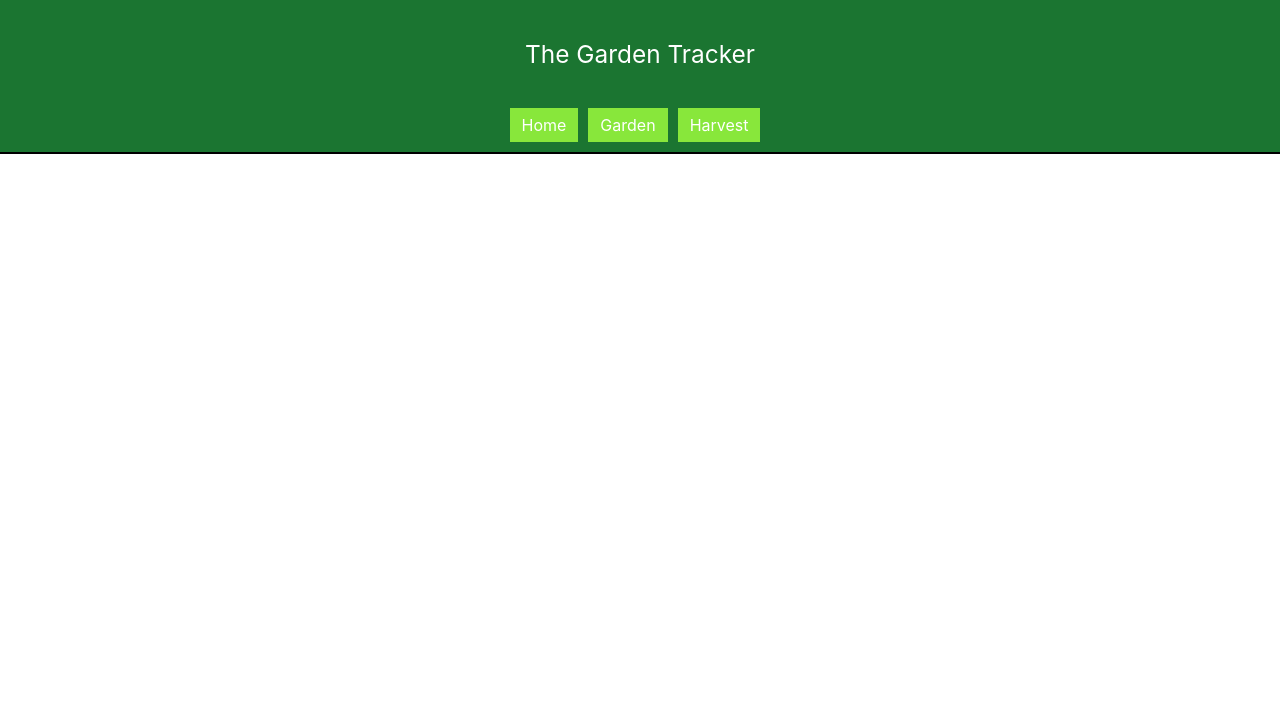
Repository: charliejp0311/ReactReduxFinal
Page: /harvest (app in gardentracker/)
These files come from the project's save history. The page is drawn as it stood at one moment and after the next save; the edit follows.
The browser window is 1280 px wide. The pictures show the whole page.
The page's requests for data from a server got no answer. The project was rebuilt for these pictures with package versions that can differ from the ones it lists, and the page was loaded fresh each time. No one was signed in, and anything a server would have sent is missing. Also part of the build but not shown: gardentracker/src/containers/GardenbookContainer.js, gardentracker/src/components/plantForm.js, gardentracker/src/components/GardenPlant.js, gardentracker/src/components/HarvestPlant.js, gardentracker/src/containers/GardenContainer.js, gardentracker/src/components/UpdatePlantForm.js, gardentracker/src/components/NoteForm.js, gardentracker/src/components/noteList.js and 2 more.

Above is the page before, as saved 2020-11-12 09:40:59.

After the next save:
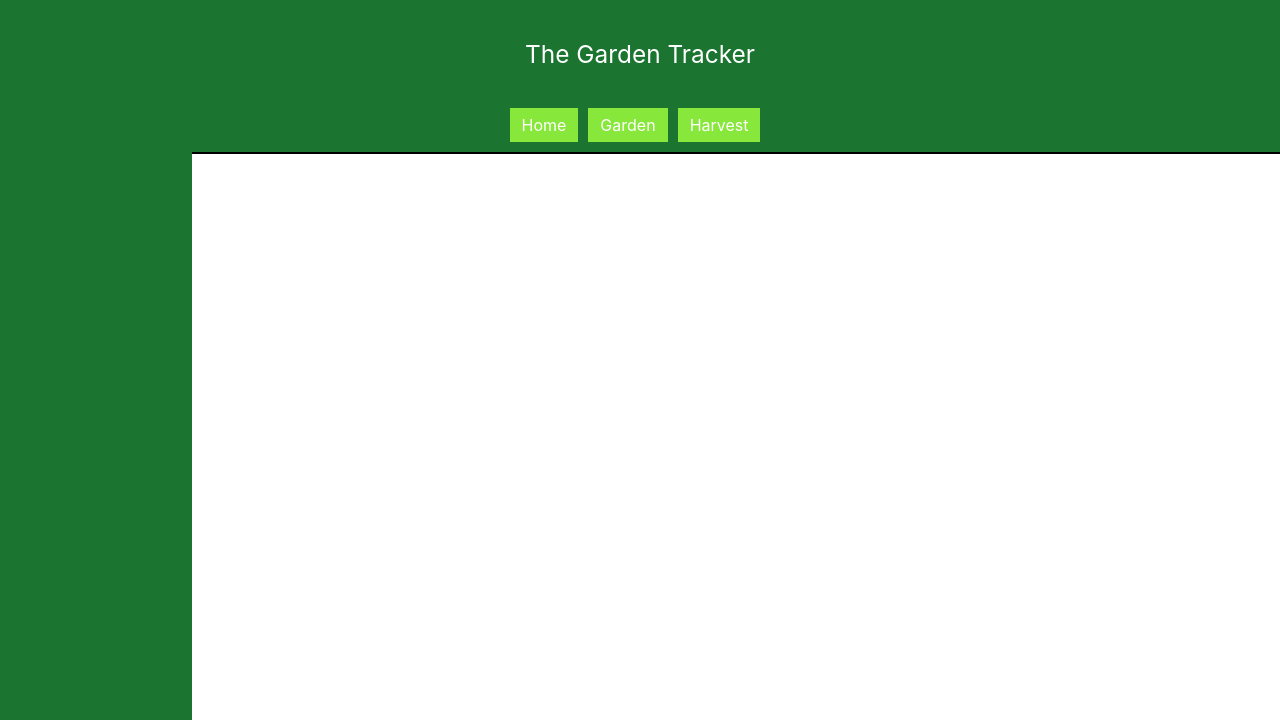
Saved 63 min 1 s later.
--- a/gardentracker/src/containers/HarvestContainer.js
+++ b/gardentracker/src/containers/HarvestContainer.js
@@ -1,7 +1,7 @@
 import React,{Component} from 'react';
 import {connect} from 'react-redux';
 import  PlantList  from "../components/PlantList";
-
+import {SideNav} from '../components/sideNav'
 
 
 class HarvestContainer extends Component{
@@ -10,6 +10,7 @@ class HarvestContainer extends Component{
 
         return(
         <div className='harvest'>
+            {this.props.SideNav(this.props.harvest)}
             <PlantList harvest={this.props.harvest} notes={this.props.notes}/>
         </div>
         );
@@ -24,4 +25,4 @@ const mapStateToProps = state => {
     }
 }
 
-export default connect(mapStateToProps)(HarvestContainer);
+export default connect(mapStateToProps, {SideNav})(HarvestContainer);

After the 5 saves that followed:
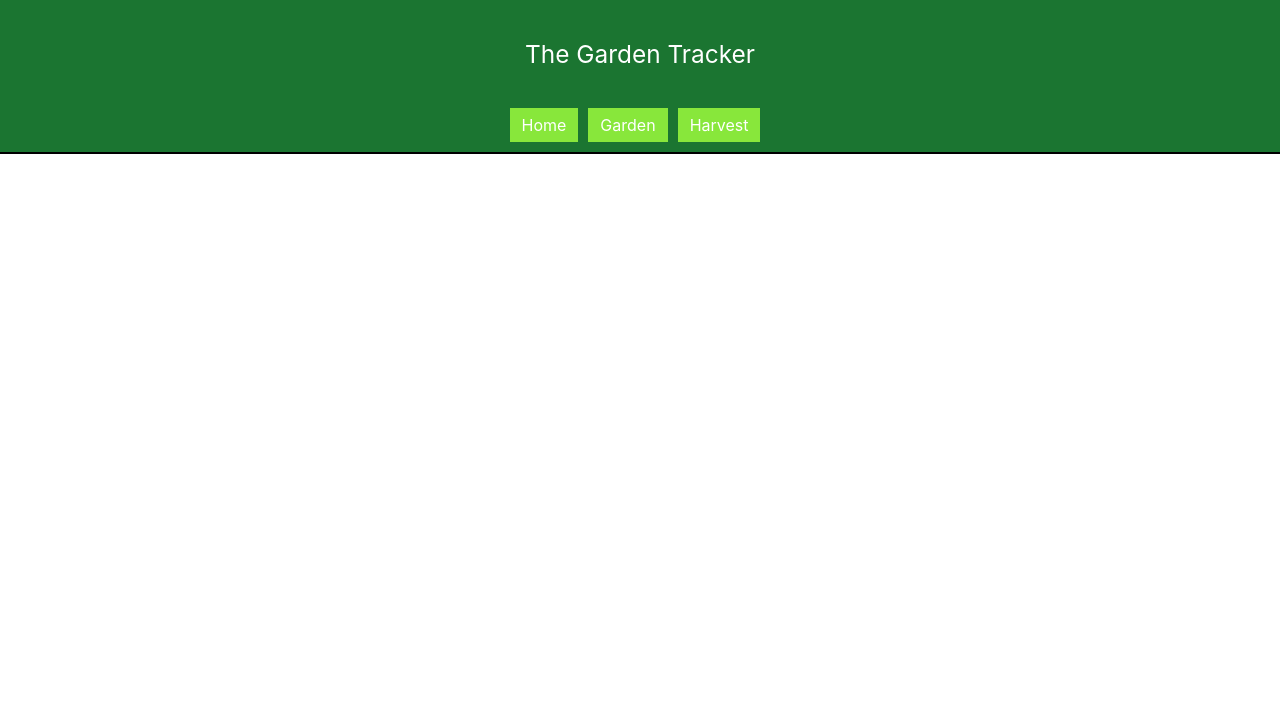
The 5 saves are shown as one change because 4 left the picture as it was.
The last was saved 5 min 18 s later.
--- a/gardentracker/src/App.css
+++ b/gardentracker/src/App.css
@@ -25,6 +25,7 @@
   color: white;
 }
 .sidenav {
+  display: inline-block;
   height: 100%;
   width: 15%;
   position: fixed;
@@ -33,7 +34,8 @@
   left: 0;
   background-color: #1b7531;
   overflow-x: hidden;
-  padding-top: 25%;
+  margin-top: 1000px;
+  /* padding-top: 1000px; */
   transition: 0.5s;
 }
 
